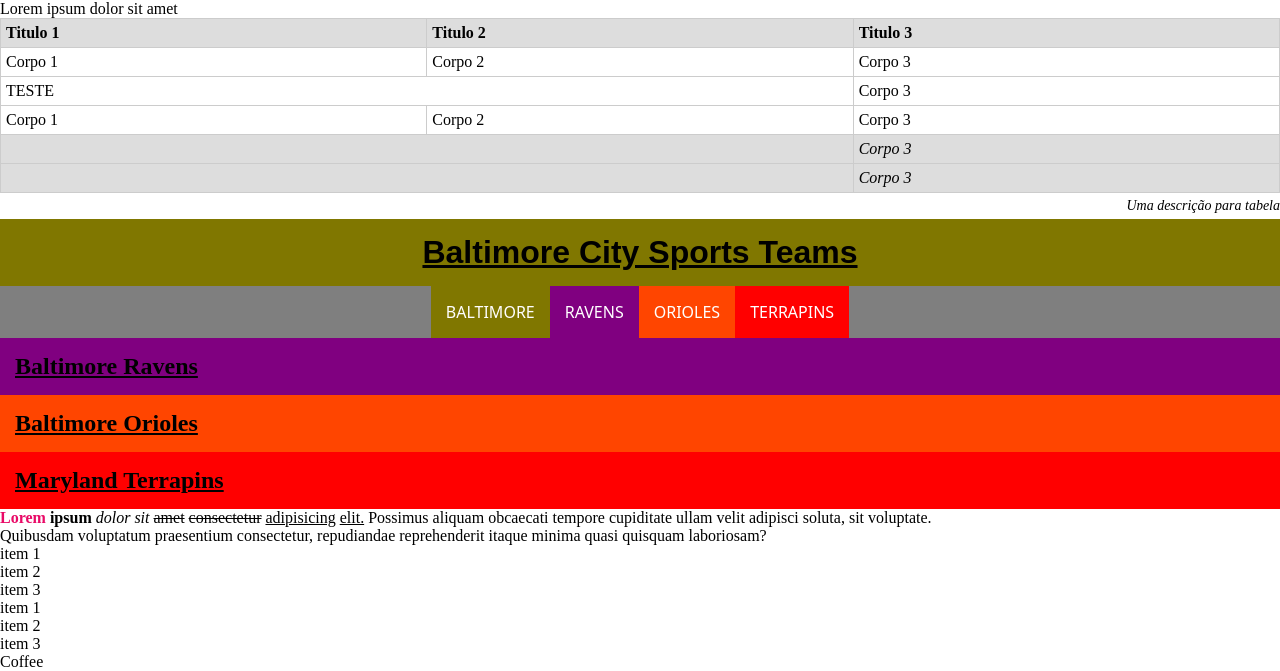
Repository: danilodscosta/CursoHTML
Page: index.html
The author's editor kept a copy of each file at every save. The page is drawn from the files as they stood at one save, then again after the next save.
The browser window is 1280 px wide. The pictures show the part of the page from y = 0 to 671 px (the page is 1261 px tall).
A picture or video elsewhere on the page could not be fetched, so the positions and the page height are approximate.

Above is the page before, as saved 2023-11-02 13:02:35.

### index.html
<!DOCTYPE html>
<html lang="pt-BR">

<head>
    <meta charset="utf-8">
    <title>Baltimore</title>

    <style>
        * {
            margin: 0;
            padding: 0;
            box-sizing: border-box;
        }

        h1 {
            background: rgb(128, 119, 0);
            margin-left: center;
            margin-right: center;
            display: flex;
            align-items: center;
            justify-content: center;
        }

        p {
            color: rgb(0, 0, 0);
        }

        #titulo-1 {
            font-family: sans-serif;
            padding-top: 15px;
            padding-left: 15px;
            padding-bottom: 15px;
            padding-right: 15px;
        }

        #ravens {
            background: purple;
            color: black;
            padding: 15px;
        }

        #orioles {
            background: orangered;
            color: black;
            padding: 15px;
        }

        #terps {
            background: red;
            color: black;
            padding: 15px;
        }

        a.text:link {
            color: #000000;
        }

        a.text:visited {
            color: #000000;
        }

        a.text:hover {
            color: #1f0074;
        }

        .bold {
            color: rgb(233, 10, 103);
        }

        .lamar-photo {
            width: 200px;
        }

        .section-one,
        .section-two {
            box-sizing: border-box;
        }

        .section-one {
            width: 200px;
            height: 150px;
            background-color: deeppink;
            background-position: center center;
            background-size: cover;
            background-image: url(https://www.patriotwood.com/cdn/shop/products/Ravens1.JPG?v=1538356410);
            border: 5px solid black;
            padding: 15px;
            color: #fff;
            margin: 20px;
        }

        .section-two {
            background: deepskyblue;
            width: 200px;
            height: 150px;
            border-width: 10px;
            border-style: solid;
            border-bottom-color: blue;
            border-top-color: red;
            border-left-color: yellow;
            border-right-color: green;
            padding: 15px;
            color: #fff;
            margin: 20px;
        }

        nav {
            background-color: rgba(0, 0, 0, 0.5);
        }

        nav {
            display: flex;
            align-items: center;
            justify-content: center;
        }

        nav a {
            color: #ffffff;
            text-decoration: none;
            padding: 15px;
            display: block;
            text-transform: uppercase;
            font-family: system-ui, -apple-system, BlinkMacSystemFont, 'Segoe UI', Roboto, Oxygen, Ubuntu, Cantarell, 'Open Sans', 'Helvetica Neue', sans-serif;
        }

        nav ul {
            display: flex;
            list-style-type: none;
            background: rgba(0, 0, 0, 0.2);
        }

        .baltimoreh {
            background-color: rgb(128, 119, 0)
        }

        .baltimoreh:hover {
            background: rgb(94, 87, 0);
        }

        .ravensh {
            background-color: purple
        }

        .ravensh:hover {
            background: rgb(77, 0, 77)
        }

        .oriolesh {
            background-color: orangered
        }

        .oriolesh:hover {
            background: rgb(187, 50, 0)
        }

        .terpsh {
            background-color: red
        }

        .terpsh:hover {
            background: rgb(165, 1, 1)
        }

        table td,
        table th {
            border: 1px solid #ccc;
            padding: 5px;
            text-align: left;
        }

        table {
            border-collapse: collapse;
            width: 100%;
        }

        table caption {
            caption-side: bottom;
            font-size: 14px;
            font-style: italic;
            text-align: right;
            margin: 5px 0;
        }

        tfoot td,
        table th {
            background-color: #ddd;
        }

        tfoot td {
            font-style: oblique;
        }

        .responsive-table{

        }


        /* # antes de id
           . antes de class  */
    </style>
</head>

<body>
    <p>Lorem ipsum dolor sit amet</p>

    <div class="responsive-table">
    <table>
        <caption>Uma descrição para tabela</caption>
        <thead>
            <tr>
                <th>Titulo 1</th>
                <th>Titulo 2</th>
                <th>Titulo 3</th>
            </tr>
        </thead>

        <tbody>
            <tr>
                <td>Corpo 1</td>
                <td>Corpo 2</td>
                <td>Corpo 3</td>
            </tr>
            <tr>
                <td colspan="2">TESTE</td>
                <td>Corpo 3</td>
            </tr>
            <tr>
                <td>Corpo 1</td>
                <td>Corpo 2</td>
                <td>Corpo 3</td>
            </tr>
        </tbody>

        <tfoot>
            <tr>
                <td colspan="2"></td>
                <td>Corpo 3</td>
            </tr>
            <tr>
                <td colspan="2"></td>
                <td>Corpo 3</td>
            </tr>
        </tfoot>
    </table>
    </div>

    <h1 id="titulo-1">
        <!--id e class são identificadores, sendo id > class, o vscode priorizará o id-->
        <a href="https://www.baltimorecity.gov/" class="text" target="_blank">Baltimore City Sports Teams</a>
    </h1>
    <nav>
        <ul>
            <li><a class="baltimoreh" href="https://www.baltimorecity.gov/" target="_blank">baltimore</a></li>
            <li><a class="ravensh" href="https://www.baltimoreravens.com/" target="_blank">ravens</a></li>
            <li><a class="oriolesh" href="https://www.mlb.com/orioles" target="_blank">orioles</a></li>
            <li><a class="terpsh" href="https://umterps.com/" target="_blank">Terrapins</a></li>
        </ul>
    </nav>
    <h2 id="ravens">
        <a href="https://www.baltimoreravens.com/" class="text" target="_blank">Baltimore Ravens</a>
    </h2>
    <h2 id="orioles">
        <a href="https://www.mlb.com/orioles" class="text" target="_blank">Baltimore Orioles</a>
    </h2>
    <h2 id="terps">
        <a href="https://umterps.com/" class="text" target="_blank">Maryland Terrapins</a>
    </h2>

    <!-- h1 > h6 importancia na semantica -->
    <p>
        <b class="bold">Lorem</b> <strong>ipsum</strong> <i>dolor</i> <em>sit</em> <del>amet</del>
        <s>consectetur</s> <ins>adipisicing</ins> <u>elit.</u> Possimus aliquam obcaecati tempore cupiditate
        ullam velit adipisci soluta, sit voluptate.<br>
        Quibusdam voluptatum praesentium consectetur, repudiandae reprehenderit
        itaque minima quasi quisquam laboriosam?
    </p>
    <!-- as tags: b, i, s, u são tags "fisicas",
    já as tags: strong, em, del, ins são tags "semânticas"
    <br> = quebra de linha -->

    <ul>
        <li>item 1</li>
        <li>item 2</li>
        <li>item 3</li>
    </ul>

    <ol type="A">
        <li>item 1</li>
        <li>item 2</li>
        <li>item 3</li>
    </ol>

    <dl>
        <dt>Coffee</dt>
        <dd>black hot drink</dd>
    </dl>

    <hr>
    <p><a href="https://github.com/danilodscosta" target="_blank">GitHub</a>

        <a href="https://www.espn.com.br/nfl/jogador/_/id/3916387/lamar-jackson" target="_blank">
            <img class="lamar-photo"
                src="https://s2.glbimg.com/Ic0P2IRxEOcNXZfRlZgY5ee0my0=/0x0:1024x683/924x0/smart/filters:strip_icc()/i.s3.glbimg.com/v1/AUTH_bc8228b6673f488aa253bbcb03c80ec5/internal_photos/bs/2020/l/h/gBwkcLS4GNRl9JhqhbvA/gettyimages-1193646827.jpg"
                alt="Lamar Jackson"></a>
    </p>

    <blockquote>QB1.</blockquote>

    <section class="section-one">baltimore ranves shield</section>
    <section class="section-two">2</section>
    <hr>
    <div>Eu sou um bloco</div>
    <footer>teste</footer>
</body>

</html>

After the next save:
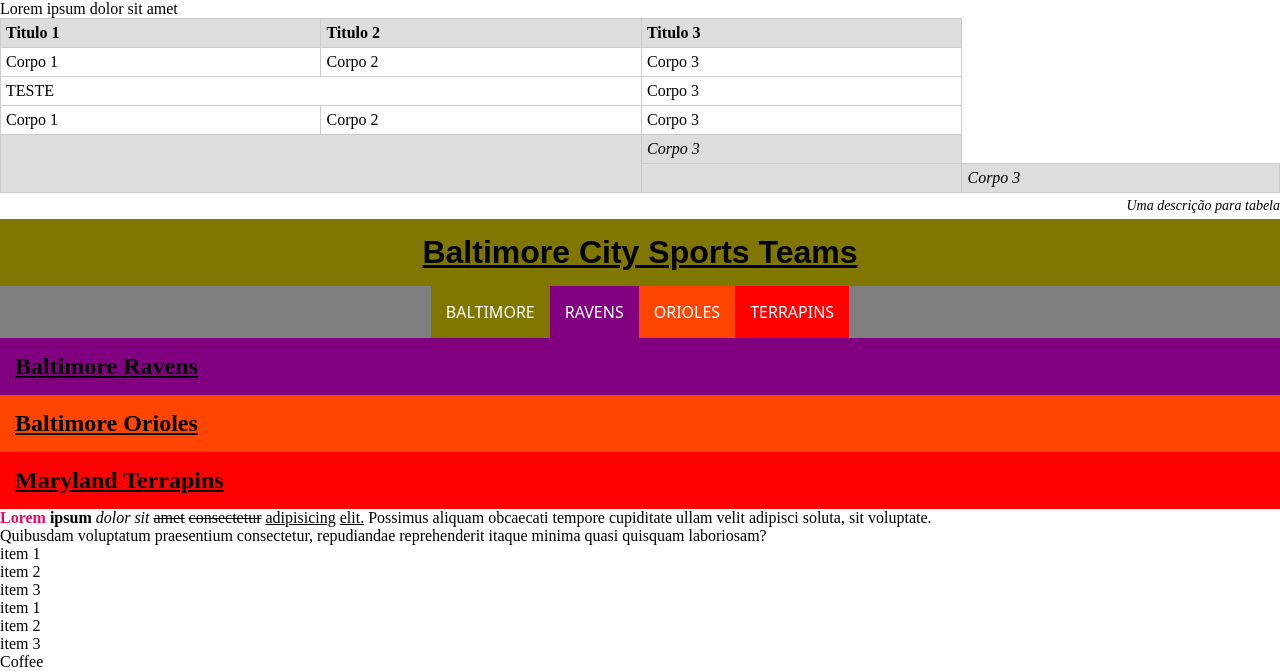
Saved 55 s later.
--- a/index.html
+++ b/index.html
@@ -233,7 +233,7 @@
 
         <tfoot>
             <tr>
-                <td colspan="2"></td>
+                <td colspan="2" rowspan="2"></td>
                 <td>Corpo 3</td>
             </tr>
             <tr>

After the save that followed:
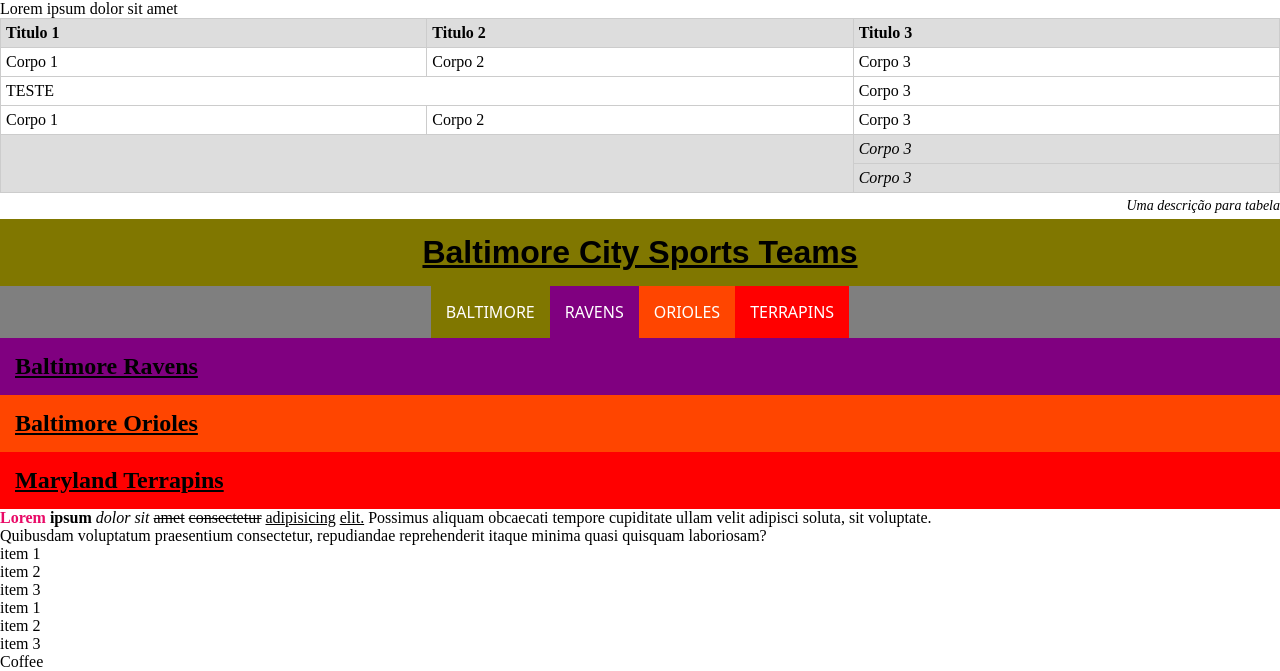
Saved 9 s later.
--- a/index.html
+++ b/index.html
@@ -237,7 +237,6 @@
                 <td>Corpo 3</td>
             </tr>
             <tr>
-                <td colspan="2"></td>
                 <td>Corpo 3</td>
             </tr>
         </tfoot>
